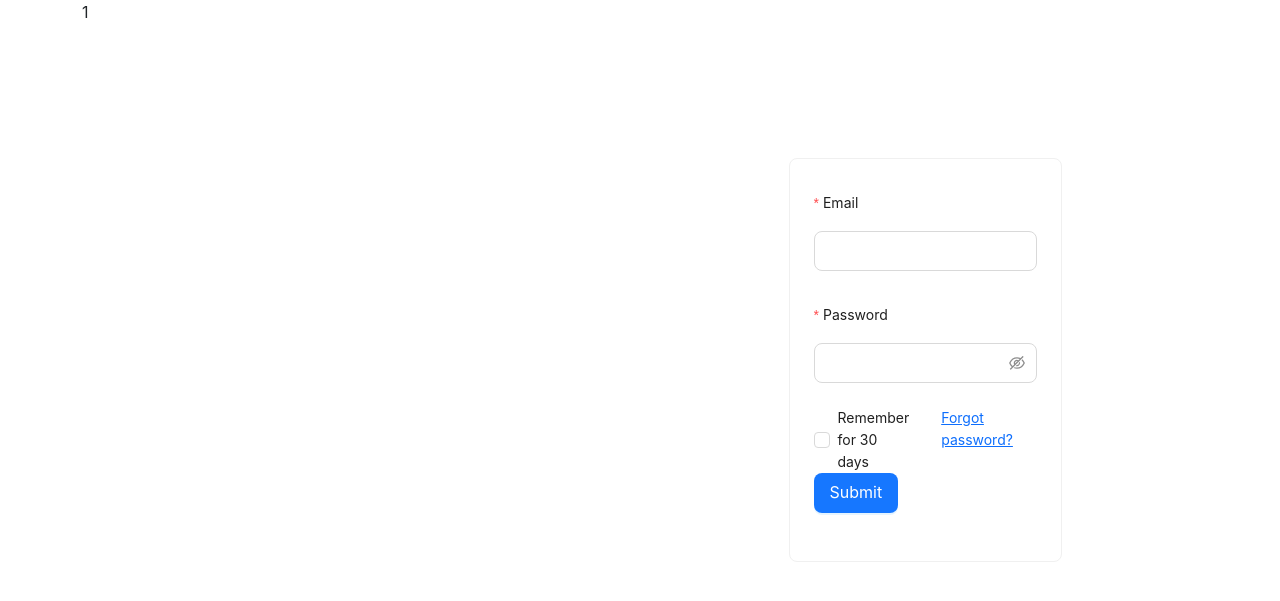
Repository: di-huynh-dev/kanban-inventory-management
Page: /
The author's editor kept a copy of each file at every save. The page is drawn from the files as they stood at one save, then again after the next save.
The browser window is 1280 px wide. The pictures show the whole page.
The project was rebuilt for these pictures with package versions that can differ from the ones it lists, and the page was loaded fresh each time. Also part of the build but not shown: src/App.css, src/pages/auth/SignUp.tsx, src/routers/MainRouter.tsx.

Above is the page before, as saved 2024-09-07 12:12:00.

### public/index.html
<!DOCTYPE html>
<html lang="en">
  <head>
    <meta charset="utf-8" />
    <link rel="icon" href="%PUBLIC_URL%/favicon.ico" />
    <meta name="viewport" content="width=device-width, initial-scale=1" />
    <meta name="theme-color" content="#000000" />
    <meta
      name="description"
      content="Web site created using create-react-app"
    />
    <link rel="apple-touch-icon" href="%PUBLIC_URL%/logo192.png" />
    <link
      rel="stylesheet"
      href="https://cdn.jsdelivr.net/npm/bootstrap@5.3.2/dist/css/bootstrap.min.css"
      integrity="sha384-T3c6CoIi6uLrA9TneNEoa7RxnatzjcDSCmG1MXxSR1GAsXEV/Dwwykc2MPK8M2HN"
      crossorigin="anonymous"
    />
    <!--
      manifest.json provides metadata used when your web app is installed on a
      user's mobile device or desktop. See https://developers.google.com/web/fundamentals/web-app-manifest/
    -->
    <link rel="manifest" href="%PUBLIC_URL%/manifest.json" />
    <!--
      Notice the use of %PUBLIC_URL% in the tags above.
      It will be replaced with the URL of the `public` folder during the build.
      Only files inside the `public` folder can be referenced from the HTML.

      Unlike "/favicon.ico" or "favicon.ico", "%PUBLIC_URL%/favicon.ico" will
      work correctly both with client-side routing and a non-root public URL.
      Learn how to configure a non-root public URL by running `npm run build`.
    -->
    <title>React App</title>
  </head>
  <body>
    <noscript>You need to enable JavaScript to run this app.</noscript>
    <div id="root"></div>
    <!--
      This HTML file is a template.
      If you open it directly in the browser, you will see an empty page.

      You can add webfonts, meta tags, or analytics to this file.
      The build step will place the bundled scripts into the <body> tag.

      To begin the development, run `npm start` or `yarn start`.
      To create a production bundle, use `npm run build` or `yarn build`.
    -->
  </body>
</html>

### src/index.css
body {
  margin: 0;
  font-family: -apple-system, BlinkMacSystemFont, 'Segoe UI', 'Roboto', 'Oxygen', 'Ubuntu', 'Cantarell', 'Fira Sans',
    'Droid Sans', 'Helvetica Neue', sans-serif;
  -webkit-font-smoothing: antialiased;
  -moz-osx-font-smoothing: grayscale;
}

code {
  font-family: source-code-pro, Menlo, Monaco, Consolas, 'Courier New', monospace;
}

.content-center {
  height: 100vh;
  justify-content: center;
  align-items: center;
  display: flex;
}

### src/App.tsx
import './App.css'
import Routers from './routers/Routers'

function App() {
  return <Routers />
}

export default App

### src/routers/Routers.tsx
import AuthRouter from './AuthRouter'
import MainRouter from './MainRouter'

const Routers = () => {
  return 1 < 2 ? <AuthRouter></AuthRouter> : <MainRouter></MainRouter>
}

export default Routers

### src/routers/AuthRouter.tsx
import { createBrowserRouter, RouterProvider } from 'react-router-dom'
import { LoginPage, SignUpPage } from '../pages'

const authRouter = createBrowserRouter([
  {
    path: '/',
    element: <LoginPage></LoginPage>,
  },
  {
    path: '/sign-up',
    element: <SignUpPage></SignUpPage>,
  },
])
const AuthRouter = () => {
  return (
    <div className="container">
      <div className="row">
        <div className="col">1</div>
        <div className="col content-center">
          <RouterProvider router={authRouter} />
        </div>
      </div>
    </div>
  )
}

export default AuthRouter

### src/pages/index.ts
import LoginPage from './auth/Login'
import SignUpPage from './auth/SignUp'

export { LoginPage, SignUpPage }

### src/pages/auth/Login.tsx
import type { FormProps } from 'antd'
import { Button, Card, Checkbox, Flex, Form, Input } from 'antd'
import { useState } from 'react'
import { Link } from 'react-router-dom'

type FieldType = {
  email?: string
  password?: string
  remember?: string
}

const LoginPage = () => {
  const [isLoading, setIsLoading] = useState(false)
  const [isRemember, setIsRemember] = useState(false)

  const onFinish: FormProps<FieldType>['onFinish'] = (values) => {
    console.log('Success:', values)
  }

  return (
    <>
      <Card
        style={{
          width: '50%',
        }}
      >
        <Form
          layout="vertical"
          initialValues={{ remember: true }}
          onFinish={onFinish}
          disabled={isLoading}
          size="large"
        >
          <Form.Item<FieldType> label="Email" name="email" rules={[{ required: true, message: 'Enter your email!' }]}>
            <Input allowClear maxLength={100} type="email" />
          </Form.Item>

          <Form.Item<FieldType>
            label="Password"
            name="password"
            rules={[{ required: true, message: 'Enter your password!' }]}
          >
            <Input.Password />
          </Form.Item>

          <div className="row">
            <div className="col">
              <Checkbox checked={isRemember} onChange={(val) => setIsRemember(val.target.checked)}>
                Remember for 30 days
              </Checkbox>
            </div>
            <div className="col text-right">
              <Link to={'/'}>Forgot password?</Link>
            </div>
          </div>

          <Form.Item>
            <Button type="primary" loading={isLoading} size="large" htmlType="submit">
              Submit
            </Button>
          </Form.Item>
        </Form>
      </Card>
    </>
  )
}

export default LoginPage

Loaded but not shown: src/index.tsx (common file); src/reportWebVitals.ts (common file)

After the next save:
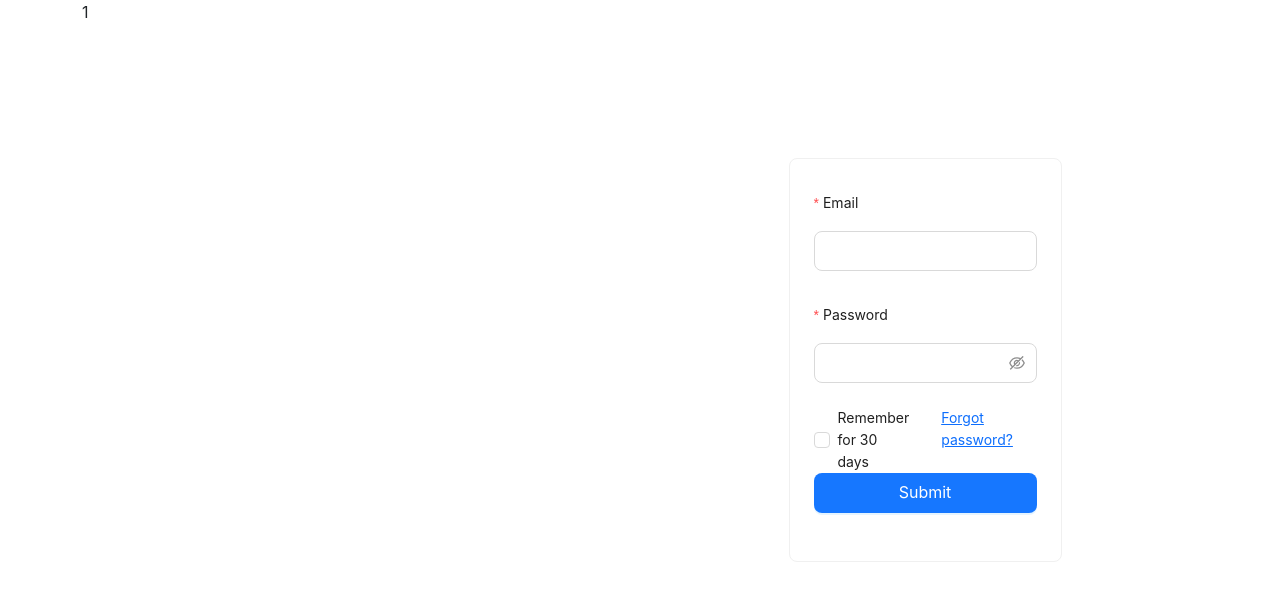
Saved 46 s later.
--- a/src/pages/auth/Login.tsx
+++ b/src/pages/auth/Login.tsx
@@ -55,7 +55,7 @@ const LoginPage = () => {
           </div>
 
           <Form.Item>
-            <Button type="primary" loading={isLoading} size="large" htmlType="submit">
+            <Button type="primary" loading={isLoading} size="large" htmlType="submit" style={{ width: '100%' }}>
               Submit
             </Button>
           </Form.Item>
